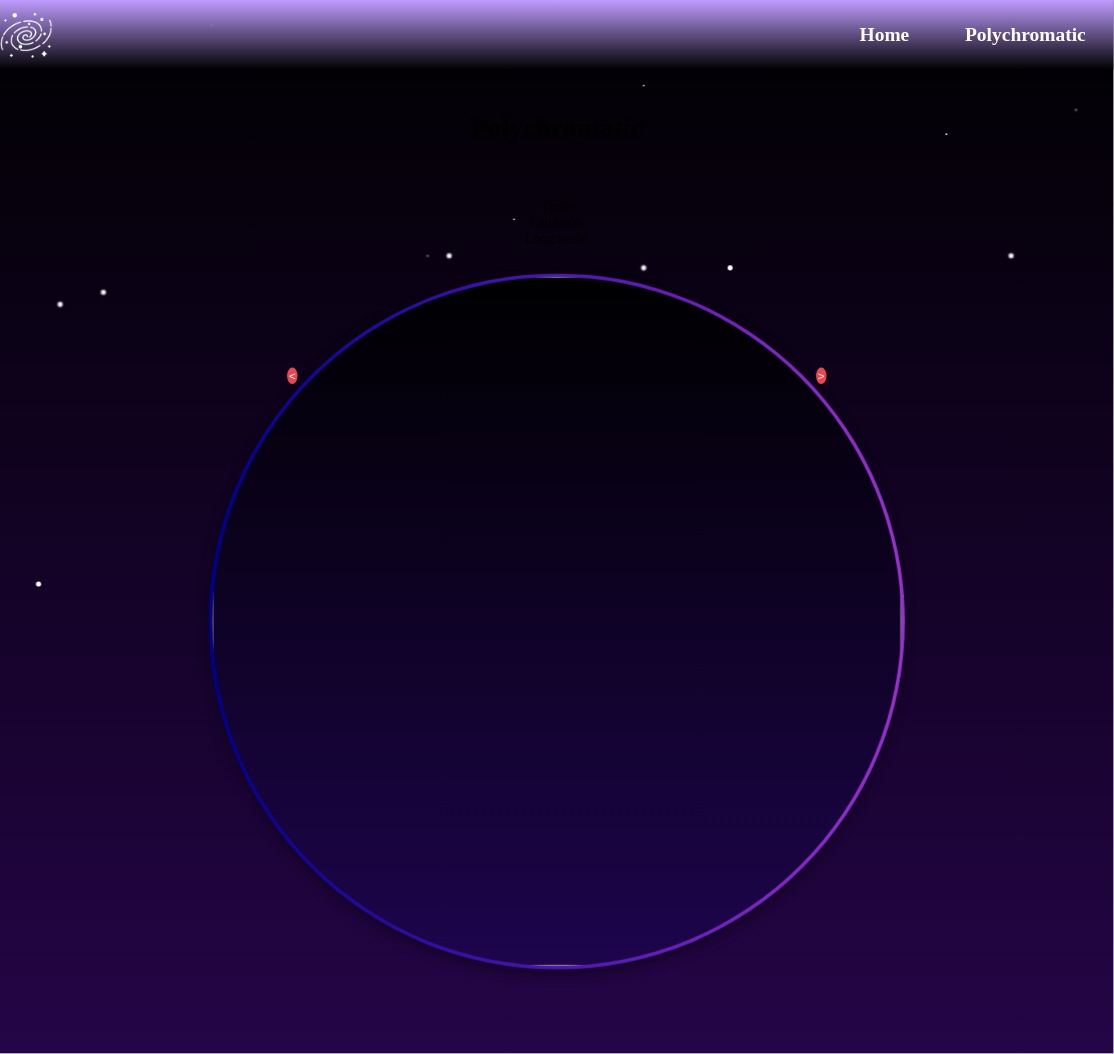
Repository: KayceeNguyen/DAI_W07_NASA
Page: /polychromatic
The author's editor kept a copy of each file at every save. The page is drawn from the files as they stood at one save, then again after the next save.
The browser window is 1280 px wide. The pictures show the whole page, at 87% of full size.
The page's requests for data from a server got no answer. The project was rebuilt for these pictures with package versions that can differ from the ones it lists, and the page was loaded fresh each time. The framework's server and built-in components were replaced by stand-ins that run in the browser. No one was signed in, and anything a server would have sent is missing. Also part of the build but not shown: next.config.js.

Above is the page before, as saved 2023-02-17 01:35:14.

After the next save:
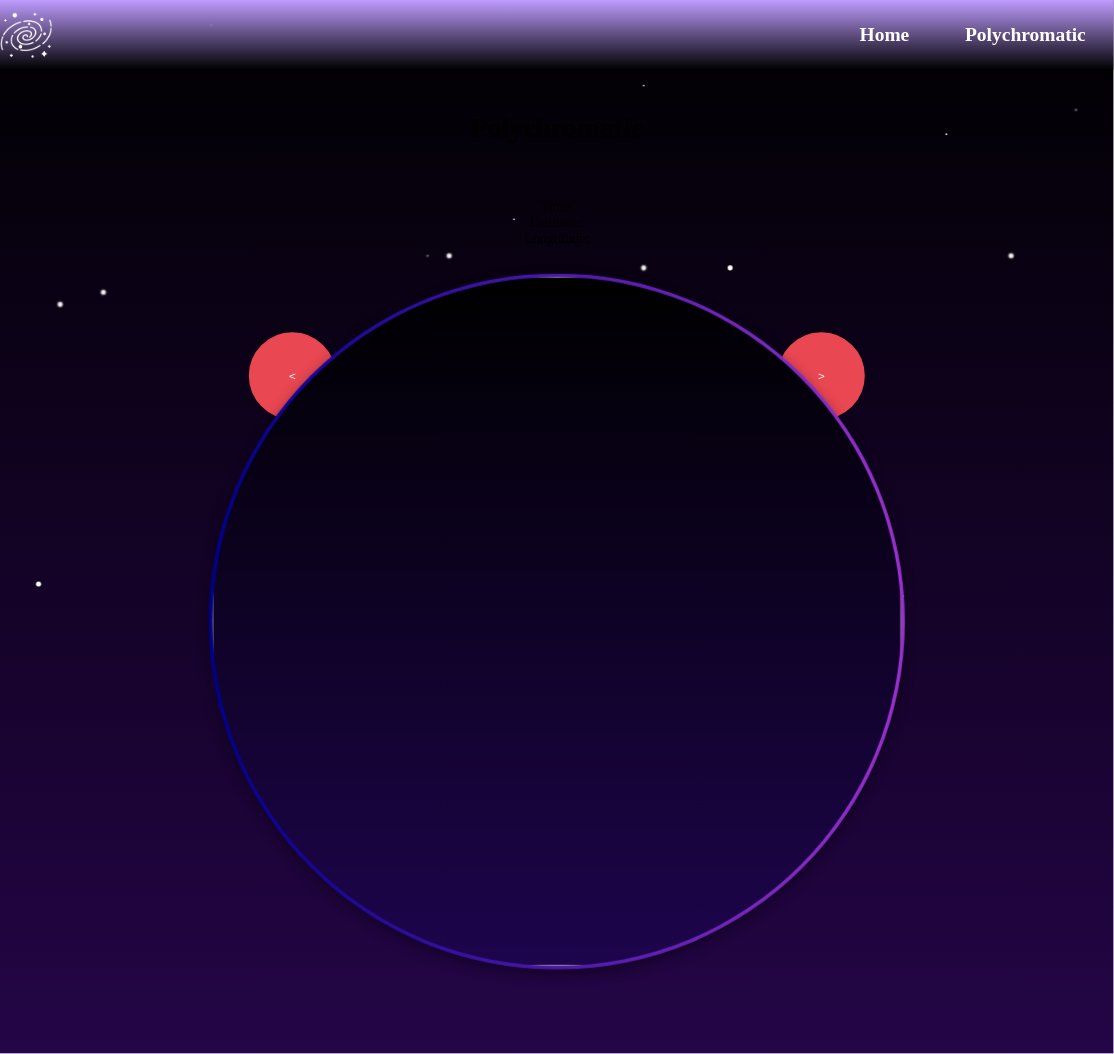
Saved 18 s later.
--- a/styles/Home.module.css
+++ b/styles/Home.module.css
@@ -586,6 +586,8 @@
 
 .arrow {
   z-index: 1;
+  width: 100px;
+  height: 100px;
   background-color:#E94751;
   color:#fff;
   border-radius:50%;
